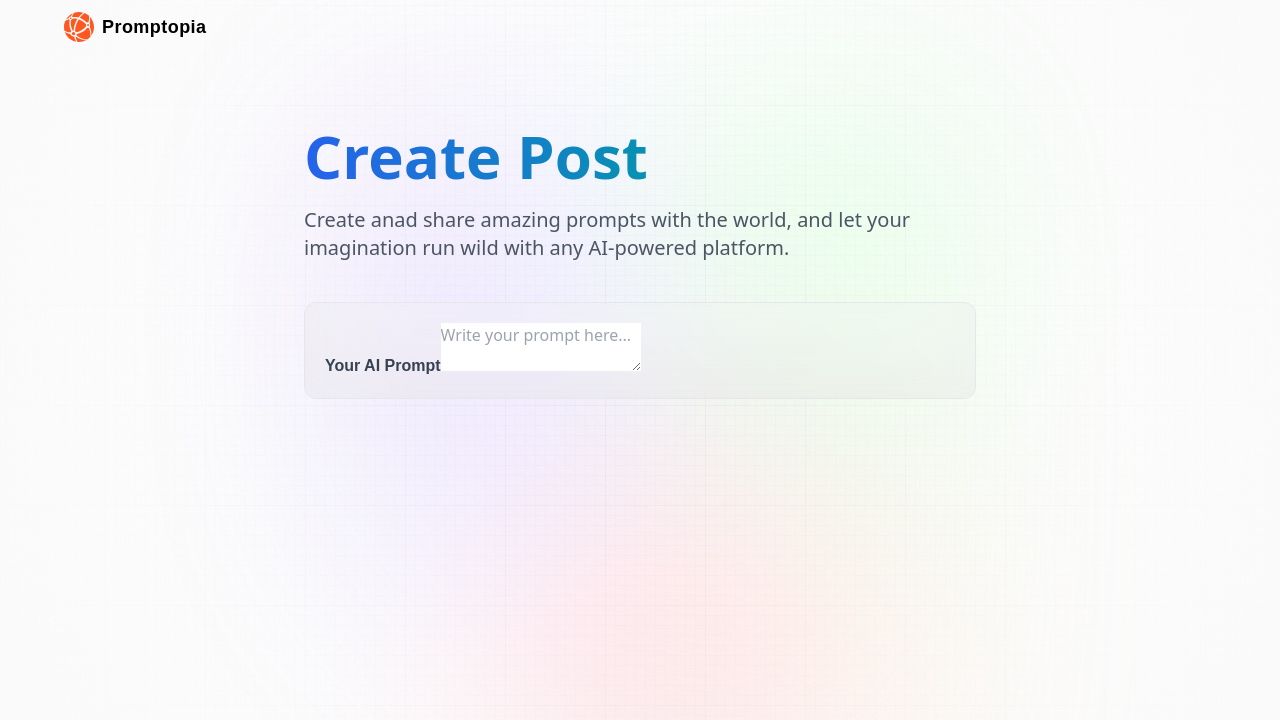
Repository: shraddesh123/promptAI
Page: /create-prompt
An editor plug-in stored every save of this project. The page is shown before and after a run of saves, followed by the edit.
The browser window is 1280 px wide. The pictures show the whole page.
The page's requests for data from a server got no answer. The project was rebuilt for these pictures with package versions that can differ from the ones it lists, and the page was loaded fresh each time. The framework's server and built-in components were replaced by stand-ins that run in the browser. No one was signed in, and anything a server would have sent is missing. Also part of the build but not shown: next.config.mjs.

Above is the page before, as saved 2024-08-02 18:37:10.

### app/layout.jsx

import "@styles/global.css";
import Nav from "@components/Nav";
import Provider from "@components/Provider";


export const metadata = {
    title: "Promptopia",
    description: "Discover & Share AI Prompts",
};
//we did not returning anything like other components
const RootLayout = ({ children }) => (
    <html lang='en'>
        <body>
            <Provider>
                <div className='main'>
                    <div className='gradient' />
                </div>
                <main className='app'>
                    <Nav />
                    {children}
                </main>
            </Provider>
        </body>
    </html>
);

export default RootLayout;

### app/create-prompt/page.jsx
"use client";
import { useState } from "react"
import { useSession } from "next-auth/react";
import { useRouter } from "next/router";

import Form from "@components/Form";


const CreatePrompt = () => {
    const [Submitting, setSubmitting] = useState(false);
    const [Post, setPost] = useState({
        prompt: '',
        tag: '',
    });
    const createPrompt = async (e) => {

    }
    return (
        <div>
            <Form
                type="Create"
                post={Post}
                setPost={setPost}
                Submitting={Submitting}
                handleSubmit={createPrompt}
            />
        </div>
    )
}

export default CreatePrompt

### styles/global.css
@import url("https://fonts.googleapis.com/css2?family=Inter:wght@100;200;300;400;500;600;700;800;900&display=swap");

@tailwind base;
@tailwind components;
@tailwind utilities;

/*
  Note: The styles for this gradient grid background is heavily inspired by the creator of this amazing site (https://dub.sh) – all credits go to them!
*/

.main {
  width: 100vw;
  min-height: 100vh;
  position: fixed;
  display: flex;
  justify-content: center;
  padding: 120px 24px 160px 24px;
  pointer-events: none;
}

.main:before {
  background: radial-gradient(circle, rgba(2, 0, 36, 0) 0, #fafafa 100%);
  position: absolute;
  content: "";
  z-index: 2;
  width: 100%;
  height: 100%;
  top: 0;
}

.main:after {
  content: "";
  background-image: url("/assets/images/grid.svg");
  z-index: 1;
  position: absolute;
  width: 100%;
  height: 100%;
  top: 0;
  opacity: 0.4;
  filter: invert(1);
}

.gradient {
  height: fit-content;
  z-index: 3;
  width: 100%;
  max-width: 640px;
  background-image: radial-gradient(
      at 27% 37%,
      hsla(215, 98%, 61%, 1) 0px,
      transparent 0%
    ),
    radial-gradient(at 97% 21%, hsla(125, 98%, 72%, 1) 0px, transparent 50%),
    radial-gradient(at 52% 99%, hsla(354, 98%, 61%, 1) 0px, transparent 50%),
    radial-gradient(at 10% 29%, hsla(256, 96%, 67%, 1) 0px, transparent 50%),
    radial-gradient(at 97% 96%, hsla(38, 60%, 74%, 1) 0px, transparent 50%),
    radial-gradient(at 33% 50%, hsla(222, 67%, 73%, 1) 0px, transparent 50%),
    radial-gradient(at 79% 53%, hsla(343, 68%, 79%, 1) 0px, transparent 50%);
  position: absolute;
  content: "";
  width: 100%;
  height: 100%;
  filter: blur(100px) saturate(150%);
  top: 80px;
  opacity: 0.15;
}

@media screen and (max-width: 640px) {
  .main {
    padding: 0;
  }
}

/* Tailwind Styles */

.app {
  @apply relative z-10 flex justify-center items-center flex-col max-w-7xl mx-auto sm:px-16 px-6;
}

.black_btn {
  @apply rounded-full border border-black bg-red-500 py-1.5 px-5 text-white transition-all hover:bg-white hover:text-black text-center text-sm font-inter flex items-center justify-center;
}

.outline_btn {
  @apply rounded-full border border-black bg-transparent py-1.5 px-5 text-black transition-all hover:bg-black hover:text-white text-center text-sm font-inter flex items-center justify-center;
}

.head_text {
  @apply mt-5 text-5xl font-extrabold leading-[1.15] text-black sm:text-6xl;
}

.orange_gradient {
  @apply bg-gradient-to-r from-amber-500 via-orange-600 to-yellow-500 bg-clip-text text-transparent;
}

.green_gradient {
  @apply bg-gradient-to-r from-green-400 to-green-500 bg-clip-text text-transparent;
}

.blue_gradient {
  @apply bg-gradient-to-r from-blue-600 to-cyan-600 bg-clip-text text-transparent;
}

.desc {
  @apply mt-5 text-lg text-gray-600 sm:text-xl max-w-2xl;
}

.search_input {
  @apply block w-full rounded-md border border-gray-200 bg-white py-2.5 font-satoshi pl-5 pr-12 text-sm shadow-lg font-medium focus:border-black focus:outline-none focus:ring-0;
}

.copy_btn {
  @apply w-7 h-7 rounded-full bg-white/10 shadow-[inset_10px_-50px_94px_0_rgb(199,199,199,0.2)] backdrop-blur flex justify-center items-center cursor-pointer;
}

.glassmorphism {
  @apply rounded-xl border border-gray-200 bg-white/20 shadow-[inset_10px_-50px_94px_0_rgb(199,199,199,0.2)] backdrop-blur p-5;
}

.prompt_layout {
  @apply space-y-6 py-8 sm:columns-2 sm:gap-6 xl:columns-3;
}

/* Feed Component */
.feed {
  @apply mt-16 mx-auto w-full max-w-xl flex justify-center items-center flex-col gap-2;
}

/* Form Component */
.form_textarea {
  @apply w-full flex rounded-lg h-[200px] mt-2 p-3 text-sm text-gray-500 outline-0;
}

.form_input {
  @apply w-full flex rounded-lg mt-2 p-3 text-sm text-gray-500 outline-0;
}

/* Nav Component */
.logo_text {
  @apply max-sm:hidden font-satoshi font-semibold text-lg text-black tracking-wide;
}

.dropdown {
  @apply absolute right-0 top-full mt-3 w-full p-5 rounded-lg bg-white min-w-[210px] flex flex-col gap-2 justify-end items-end;
}

.dropdown_link {
  @apply text-sm font-inter text-gray-700 hover:text-gray-500 font-medium;
}

/* PromptCard Component */
.prompt_card {
  @apply flex-1 break-inside-avoid rounded-lg border border-gray-300 bg-white/20 bg-clip-padding p-6 pb-4 backdrop-blur-lg backdrop-filter md:w-[360px] w-full h-fit;
}

.flex-center {
  @apply flex justify-center items-center;
}

.flex-start {
  @apply flex justify-start items-start;
}

.flex-end {
  @apply flex justify-end items-center;
}

.flex-between {
  @apply flex justify-between items-center;
}

### components/Nav.jsx
"use client";
import Link from "next/link"
import Image from "next/image"
import { useState, useEffect } from "react"
import { signIn, signOut, useSession, getProviders } from 'next-auth/react'


const Nav = () => {

    const { data: session } = useSession();
    const [providers, setProviders] = useState(null);
    const [toggleDropdown, setToggleDropdown] = useState(false);

    useEffect(() => {//functional component to fetch the available authentication providers from the next-auth library
        const setUpProviders = async () => {
            const res = await getProviders();//the getProviders function is called and the result is stored in the res variable.
            setProviders(res);
            // The setProviders function is then called with the res variable to update the providers state variable.
        }
        setUpProviders();
    }, []);


    return (
        <nav className="flex-between w-full mb-16 pt-3">
            <Link
                href="/"
                className="flex gap-2 flex-center">

                <Image
                    src="/assets/images/logo.svg"
                    width={30}
                    height={30}
                    className="object-contain"
                    alt="logo"
                />

                <p className="logo_text">Promptopia</p>

            </Link>
            {/*desktop navigation*/}
            <div className="sm:flex hidden">
                {session?.user ? (
                    <div className="flex gap-3 md:gap-5">
                        <Link
                            href="/create-prompt"
                            className="black_btn"
                        >
                            Create Post
                        </Link>
                        <button
                            type="button"
                            onClick={signOut}
                            className="outline_btn">
                            Sign Out
                        </button>
                        <Link href="/profile">
                            <Image
                                src={session?.user.image}
                                width={37}
                                height={37}
                                className="rounded-full"
                                alt="profile"
                            />
                        </Link>
                    </div>
                ) : (
                    <>
                        {providers &&
                            Object.values(providers).map((provider) => (
                                <button
                                    type='button'
                                    key={provider.name}
                                    onClick={() => {
                                        signIn(provider.id);
                                    }}
                                    className='black_btn'
                                >
                                    Sign In
                                </button>
                            ))}
                    </>
                )}
            </div>
            {/*mobile navigation*/}
            <div className="sm:hidden flex relative">
                {session?.user ? (
                    <div className="flex">
                        <Image
                            src={session?.user.image}
                            width={30}
                            height={30}
                            className="object-contain cursor-pointer"
                            alt="profile"
                            onClick={() => setToggleDropdown(!toggleDropdown)}//prev is a reference to the previous value of the toggleDropdown state variable.!prev expression is used to toggle the value of prev. If prev is true, !prev will be false, and vice versa.
                        />
                        {toggleDropdown && (
                            <div className="dropdown">
                                <Link
                                    href='/profile'
                                    className='dropdown_link'
                                    onClick={() => setToggleDropdown(false)}
                                >
                                    My Profile
                                </Link>
                                <Link
                                    href='/create-prompt'
                                    className='dropdown_link'
                                    onClick={() => setToggleDropdown(false)}
                                >
                                    Create Post
                                </Link>
                                <button
                                    type="button"
                                    onClick={() => {
                                        setToggleDropdown(false);
                                        signOut();
                                    }}
                                    className="mt-5 w-full black_btn"
                                >
                                    Sign Out
                                </button>
                            </div>
                        )}
                    </div>
                )
                    :
                    (
                        <>
                            {providers &&
                                Object.values(providers).map((provider) => (
                                    <button
                                        type='button'
                                        key={provider.name}
                                        onClick={() => {
                                            signIn(provider.id);
                                        }}
                                        className='black_btn'
                                    >
                                        Sign in
                                    </button>
                                ))}
                        </>
                    )}
            </div>
        </nav>
    )
}

export default Nav

### components/Provider.jsx
"use client";
import { SessionProvider } from 'next-auth/react'

const Provider = ({ children, session }) => {

  return (
    <SessionProvider session={session}>
      {children}
    </SessionProvider>
  )
}

export default Provider

### components/Form.jsx
import Link from "next/link"

const Form = ({ type, post, setPost, Submitting, handleSubmit }) => {
  return (
    <section className="w-full max-w-full flex-start flex-col">
      <h1 className="head_text text-left "> <span className="blue_gradient">{type} Post</span></h1>
      <p className="desc text-left max-w-md">
        {type} anad share amazing prompts with the world, and let your imagination run wild with any AI-powered platform.
      </p>
      <form
        onSubmit={handleSubmit}
        className="mt-10 w-full max-w-2xl flex flex-col gap-7 glassmorphism">
        <label>
          <span className="font-satoshi font-semibold text-base text-gray-700">Your AI Prompt</span>
          <textarea value={post.prompt} onChange={(e) => setPost({
            ...post,
            prompt: e.target.value
          })}
          placeholder="Write your prompt here..."
          className="">

          </textarea>
        </label>
      </form>
    </section>
  )
}

export default Form

Loaded but not shown: tailwind.config.js (common file)

After the next 2 saves:
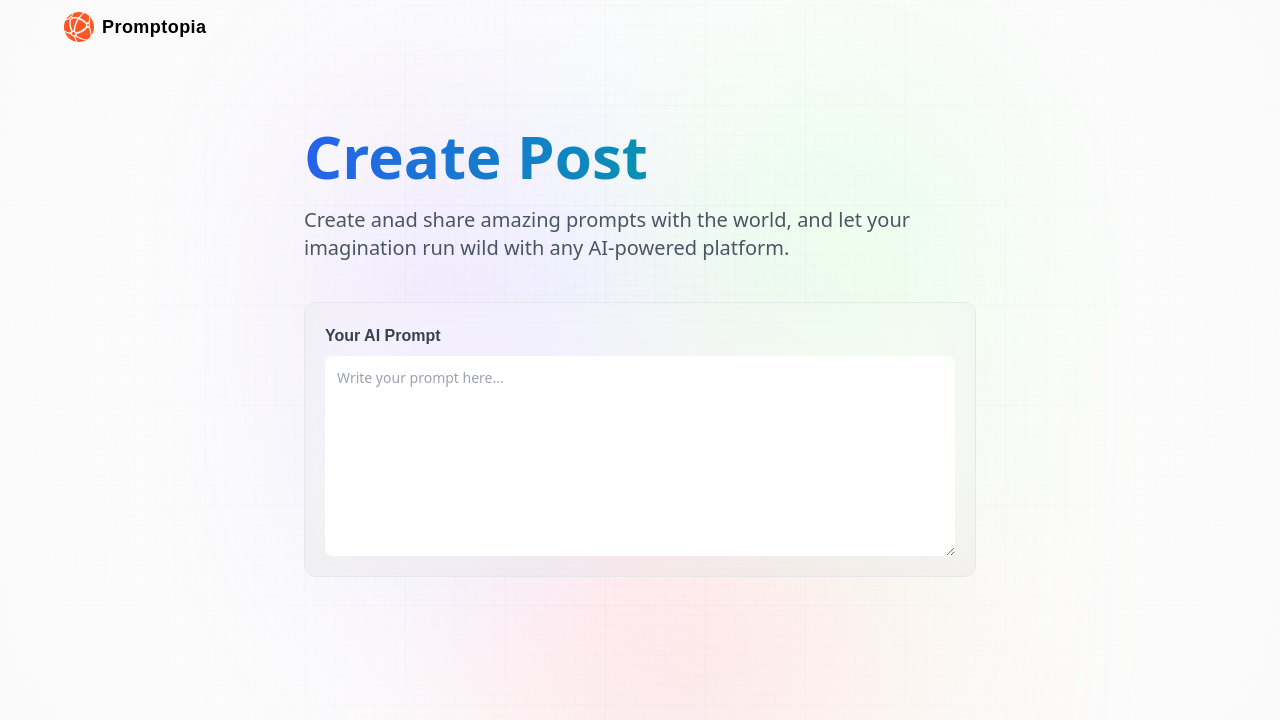
The 2 saves are shown as one change because they came seconds apart.
The last was saved 51 s later.
--- a/components/Form.jsx
+++ b/components/Form.jsx
@@ -17,7 +17,7 @@ const Form = ({ type, post, setPost, Submitting, handleSubmit }) => {
             prompt: e.target.value
           })}
           placeholder="Write your prompt here..."
-          className="">
+          className="form_textarea">
 
           </textarea>
         </label>
